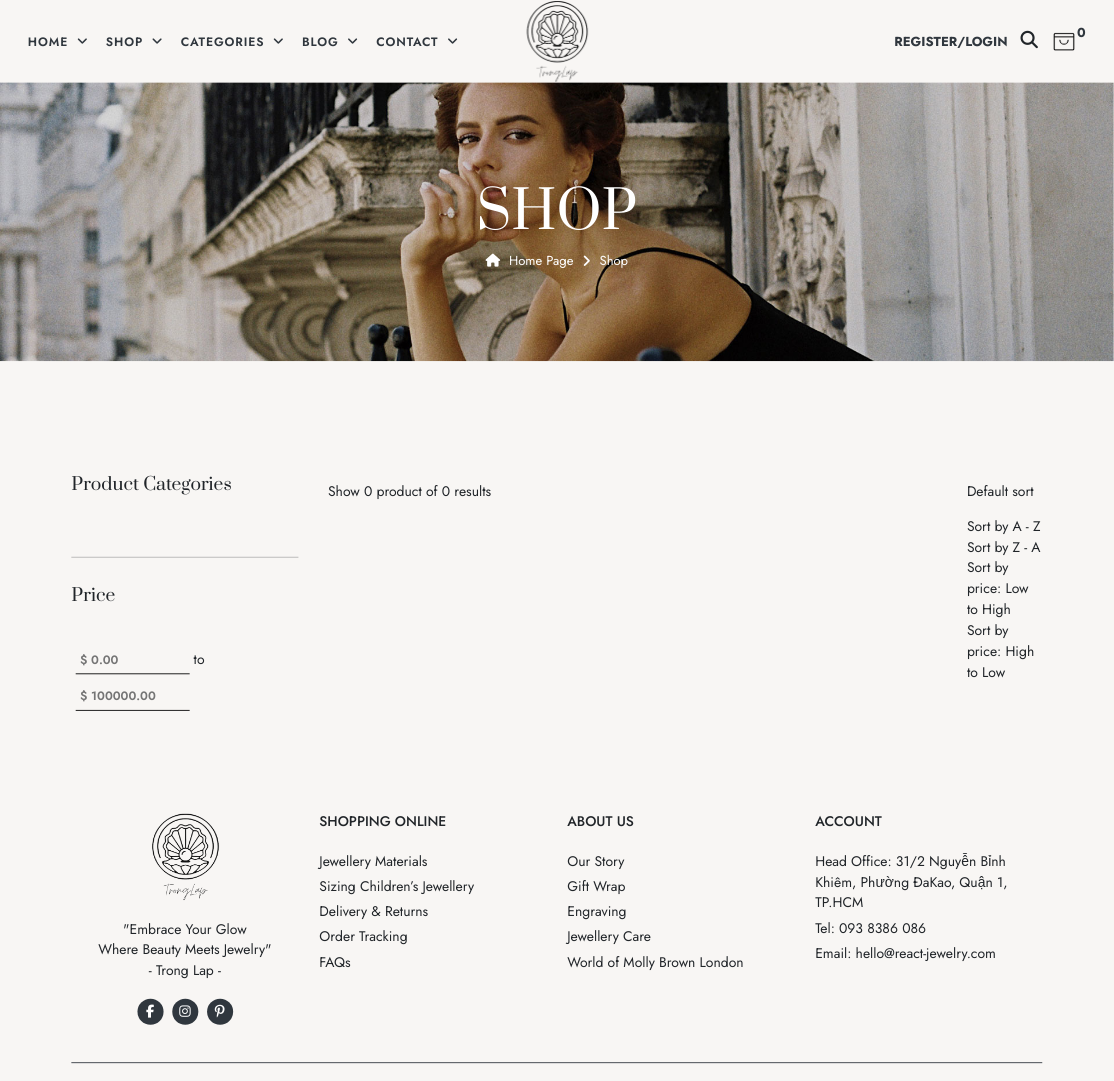
Repository: tronglap/react-jewelry
Page: /list-product
The author's editor kept a copy of each file at every save. The page is drawn from the files as they stood at one save, then again after the next save.
The browser window is 1280 px wide. The pictures show the whole page, at 87% of full size.
The page's requests for data from a server got no answer. The project was rebuilt for these pictures with package versions that can differ from the ones it lists, and the page was loaded fresh each time. No one was signed in, and anything a server would have sent is missing. Also part of the build but not shown: src/component/Button/Button.css, src/component/Button/Button.js, src/component/SliderBar/SliderBar.css, src/component/SliderBar/SliderBar.js, src/component/Home/WWD/WWD.css, src/component/Home/WWD/WWD.js, src/component/Home/Home.css, src/component/Home/Categories/Categories.js and 14 more.

Above is the page before, as saved 2024-03-26 18:40:40.

After the next save:
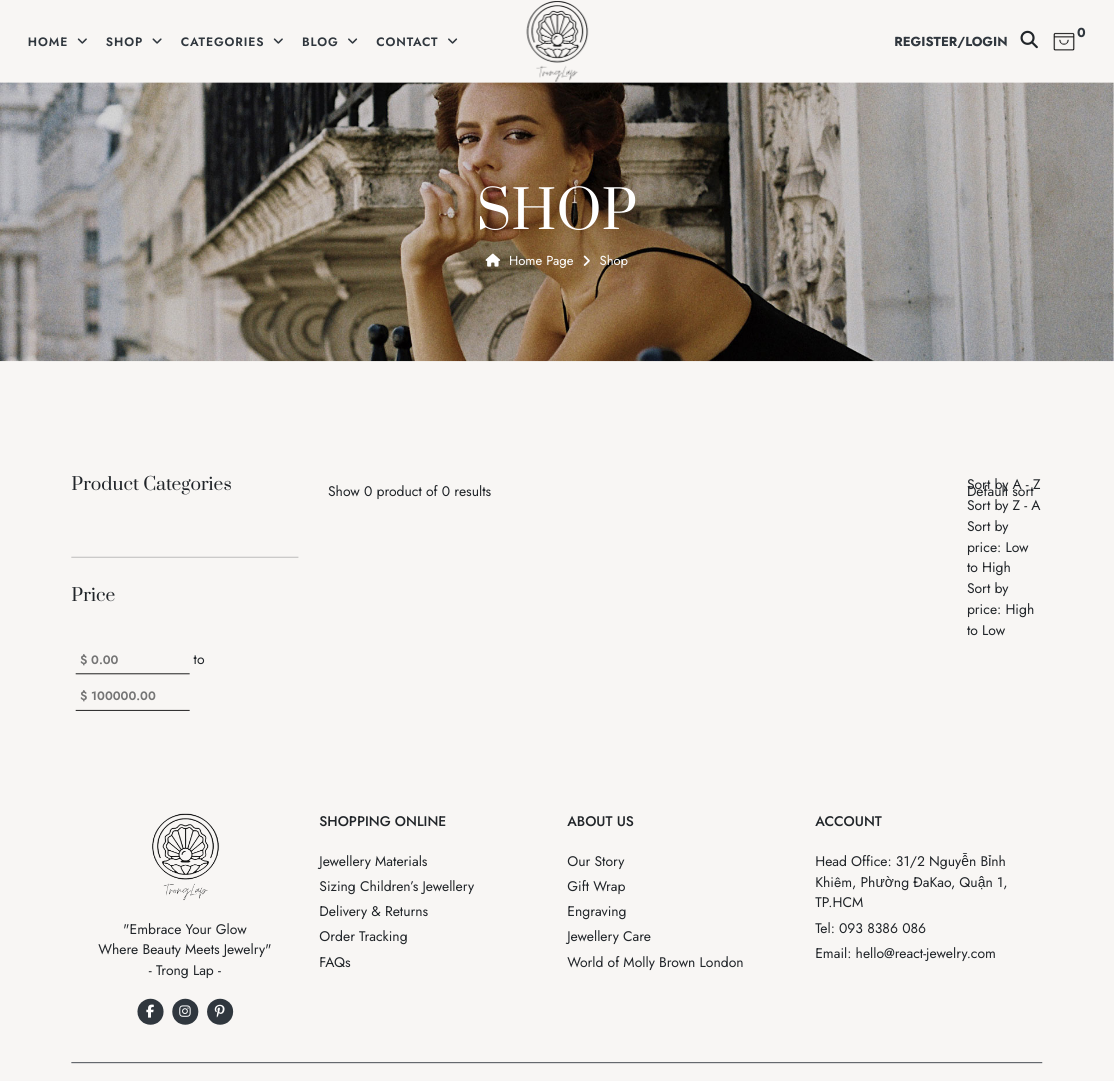
Saved 21 s later.
--- a/src/component/ListProduct/ListProduct.css
+++ b/src/component/ListProduct/ListProduct.css
@@ -88,6 +88,6 @@ input[type=number]::-webkit-inner-spin-button {
 }
 
 .ListProduct .box_product .sort .sorts {
-    top: 50px;
+    top: 5%;
     position: absolute;
 }
